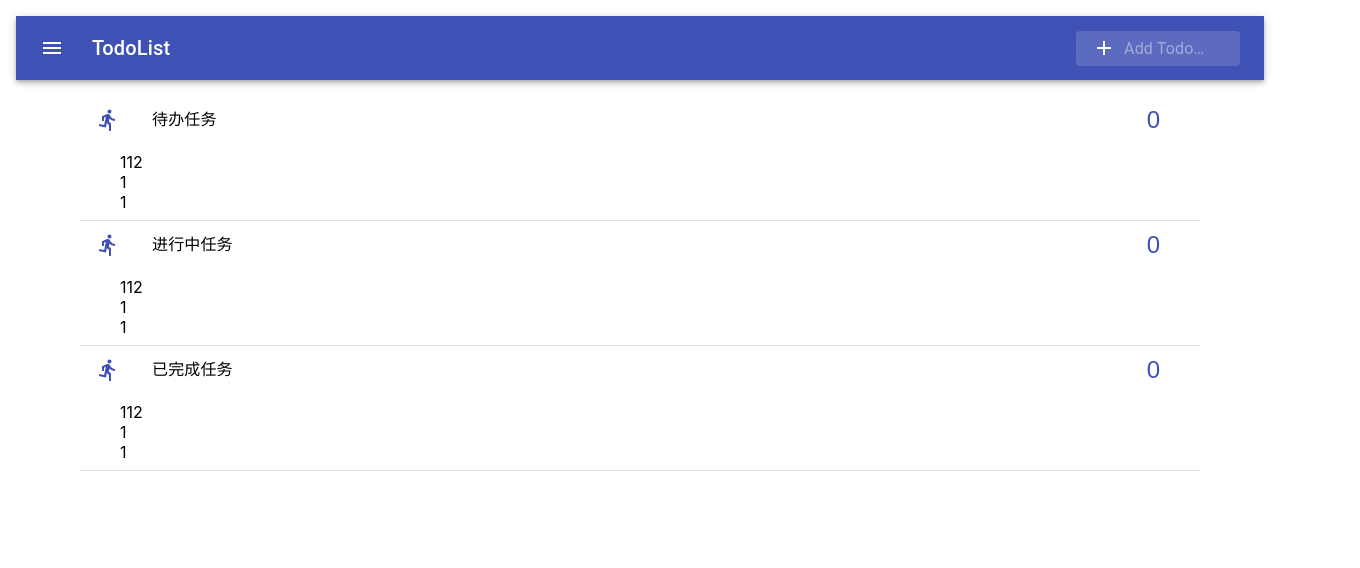
Repository: harperl71/TodoList
Page: /
An editor plug-in stored every save of this project. The page is shown before and after the next save, followed by the edit.
The browser window is 1280 px wide. The page is 1280 px wide, then 1360 px, so the pictures cover 1360 px, including what lies to the right of the window. The pictures show the whole page.
The project was rebuilt for these pictures with package versions that can differ from the ones it lists, and the page was loaded fresh each time.

Above is the page before, as saved 2021-05-21 11:01:36.

After the next save:
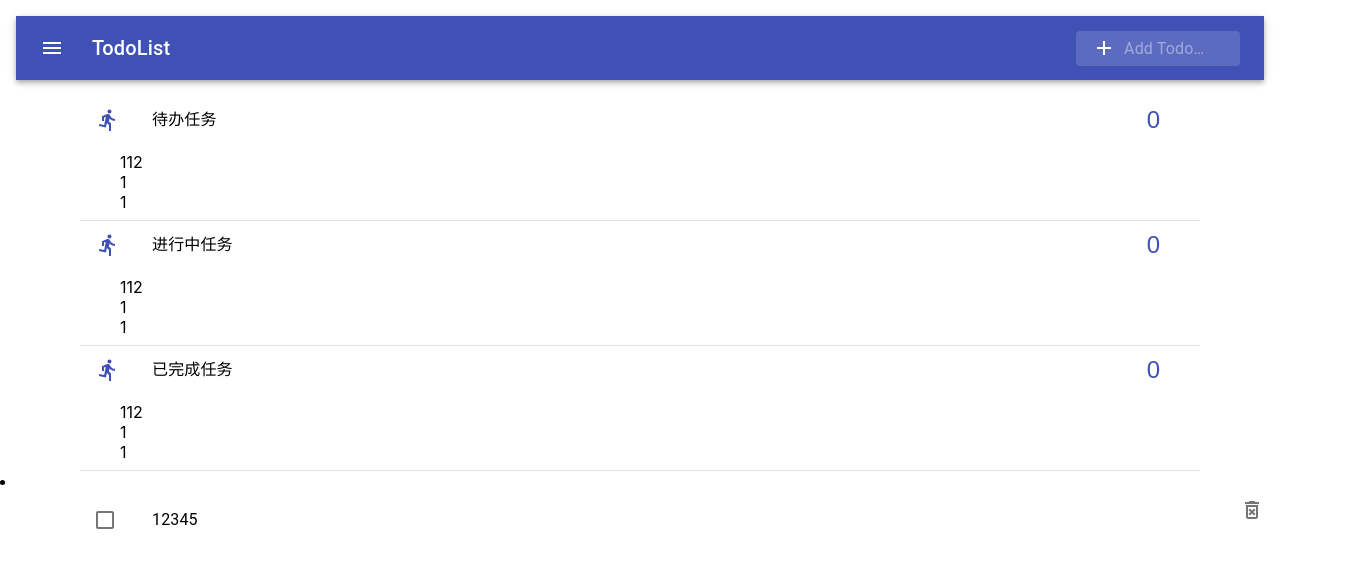
Saved 30 s later.
--- a/src/App.tsx
+++ b/src/App.tsx
@@ -12,7 +12,7 @@ function App() {
         <Header />
         <Content />
         <Footer />
-        {/*  <TaskItem /> */}
+        <TaskItem />
       </Myprovider>
     </div>
   );
